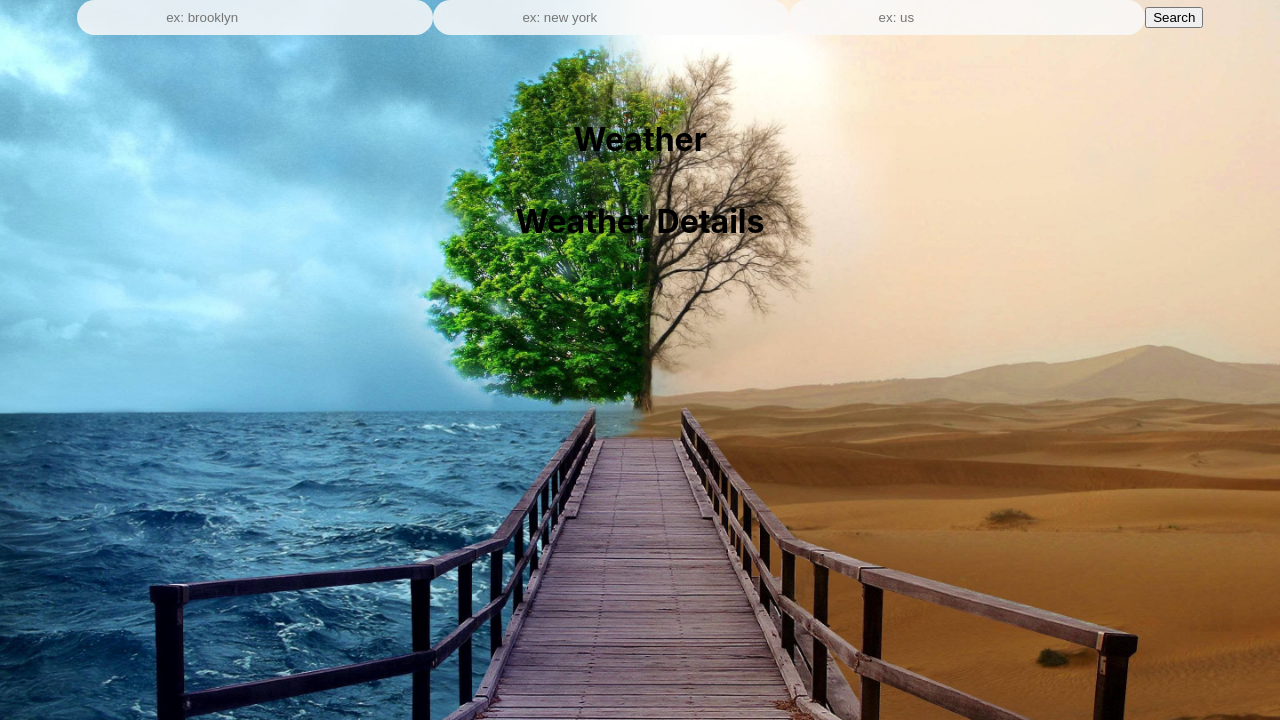
Repository: Mohsin231/Weather_App
Page: /
The author's editor kept a copy of each file at every save. The page is drawn from the files as they stood at one save, then again after the next save.
The browser window is 1280 px wide. The pictures show the whole page.
The project was rebuilt for these pictures with package versions that can differ from the ones it lists, and the page was loaded fresh each time.

Above is the page before, as saved 2021-01-25 04:17:09.

### src/App.js
import React, { useState } from 'react'
import Weather from './Components/Weather'
import WeatherDetails from './Components/WeatherDetails'
import SearchForm from './Components/SearchForm'
import { Route } from 'react-router-dom';
import './App.css';


function App() {

  const [data, setData] = useState({
    city:"",
    state:"",
    country:""
  })

  const [weatherData, setWeatherData] = useState(null);

  const [weatherDetails, setWeatherDetails] = useState(null);



  function handleChange(event) {
    setData({...data, [event.target.id]:event.target.value})
    console.log(data)

    }



  return (
    <>

    <div className="App">
      <SearchForm
      handleChange={handleChange}
      data={data}
      setData={setData}
      setWeatherData={setWeatherData}
      setWeatherDetails={setWeatherDetails}
      />

<Route path="/" exact component={() => <Weather data={data} setData={setData} weatherData={weatherData}  />} />
<Route path="/" exact component={() => <WeatherDetails data={data} setData={setData} weatherDetails={weatherDetails} />} />




    </div>
    </>

  );
}

export default App;

### src/Components/Weather.js
import React, { useState, useEffect } from "react";
import WeatherDetails from "../Components/WeatherDetails";
import '../Weather.css';


const Weather = ({ data, setData, weatherData }) => {
  const [action, setAction] = useState("");

  return (
      <div className="main">
        <h1>Weather</h1>

        {weatherData &&
        (
          <div className="city-container">

            <div className="city">
            <h2 className="city-name">
              <span>{weatherData.name}, {weatherData.sys.country}</span>
            </h2>

            <div className="city-temp">
              {Math.round(weatherData.main.temp)}
              <sup>&deg;F</sup>
            </div>

            <div className="icon">
              <img className="city-icon" src={`https://openweathermap.org/img/wn/${weatherData.weather[0].icon}@2x.png`} alt={weatherData.weather[0].description} />
              <p>{weatherData.weather[0].description}</p>
            </div>
            </div>

            <button onClick = {() => {setAction("moreDetails")}} id="moreDetails">Show more details...</button>
            </div>


)
}
      {
        action === "moreDetails"
        &&
        <WeatherDetails/>
      }
      </div>

    );
}

export default Weather;
//extracts information



// {weatherData && (
//   <div className="city"
//   <h2 className="city">
//     <span>{weatherData.name}, {weatherData.sys.country}</span>
//   </h2>

// <div className="city-temp">
//   {Math.round(weatherData.main.temp)}
//   <sup>&deg;F</sup>
// </div>

// <div className="city-icon">
// <img className="weather-icon" src={`http://openweathermap.org/img/wn/${weatherData.weather[0].icon}@2x.png`} alt={weatherData.weather[0].description} />
// <p>{weatherData.weather[0].description}</p>
// </div>

// </div>

// )}

// </div>
// </>

### src/Components/WeatherDetails.js
import React, { useState, useEffect } from "react";
import '../WeatherDetails.css';

const WeatherDetails = ({data, setData, weatherDetails }) => {

  return (
    <div className="main">
      <h1>Weather Details</h1>

      {weatherDetails &&
      (
        <div className="moreInfo">
          <h2>Feels Like: {weatherDetails.main.feels_like}</h2>
          <h2>Min: {weatherDetails.main.temp_min}, Max:{weatherDetails.main.temp_max}</h2>
          <h2>Humidity: {weatherDetails.main.humidity}</h2>
          <h2>Wind Speed: {weatherDetails.wind.speed}</h2>
          </div>

)
}

    </div>

  );
}

export default WeatherDetails;
//displays details of weather

### src/Components/SearchForm.js
import React, {useEffect} from 'react';
import '../SearchForm.css';
//search


  // Destructure props object
  function SearchForm({handleChange, data, setData, setWeatherData, setWeatherDetails }) {


    const getData = () => {

      let url = `http://api.openweathermap.org/data/2.5/weather?q=${data.city},${data.state},${data.country}&units=imperial&appid=${process.env.REACT_APP_ONEDAY}`

    fetch(url)
      .then(res => res.json())
      .then(res => {
        console.log(res)
        setWeatherData(res);
        setWeatherDetails(res)
      })
      .catch(err => {
        console.error(err);
      });}

  function handleSubmit(event) {
    event.preventDefault();
    getData();
  }

    return (
      <form onSubmit={handleSubmit} className="searchForm">
        <input
          className="search"
          id="city"
          placeholder="ex: brooklyn"
          type="text"
          name="searchString"
          required
          onChange={handleChange}
          value={data.city}
        />
        <input
        className="search"
          id="state"
          placeholder="ex: new york"
          type="text"
          name="searchString"
          required
          onChange={handleChange}
          value={data.state}
        />
        <input
        className="search"
          id="country"
          placeholder="ex: us"
          type="text"
          name="searchString"
          required
          onChange={handleChange}
          value={data.country}
        />
        <button>Search</button>
      </form>
    );
  }
  export default SearchForm;

### src/App.css
.App {
  text-align: center;

}

body {
  background: url("./images/weatherBackground.jpg");
  background-size: cover;
  background-repeat: no-repeat;
}

### src/Weather.css

.main {
    height: 100%;
    display: flex;
    justify-content: center;
    align-items: center;
    flex-direction: column;
  }

  .city {
    padding: 40px, 40px, 60px, 60px;
    border-radius: 25px;
    background: rgba(235, 230, 230, 0.85);
}

#moreDetails {
    margin-top: 100px;
}

### src/WeatherDetails.css
.more-info {
    padding: 40px, 40px, 60px, 60px;
    border-radius: 25px;
    background: rgba(235, 230, 230, 0.85);

}
.main {
    height: 100%;
    display: flex;
    justify-content: center;
    align-items: center;
    flex-direction: column;
  }

### src/SearchForm.css
.search {
    outline: none;
    padding: 10px 7%;
    border-radius: 20px;
    border: none;
    margin-bottom: 5%;
    background: rgba(250, 250, 250, 0.85);
}

Loaded but not shown: public/index.html (common file); src/index.js (common file); src/index.css (common file); src/reportWebVitals.js (common file)

After the next save:
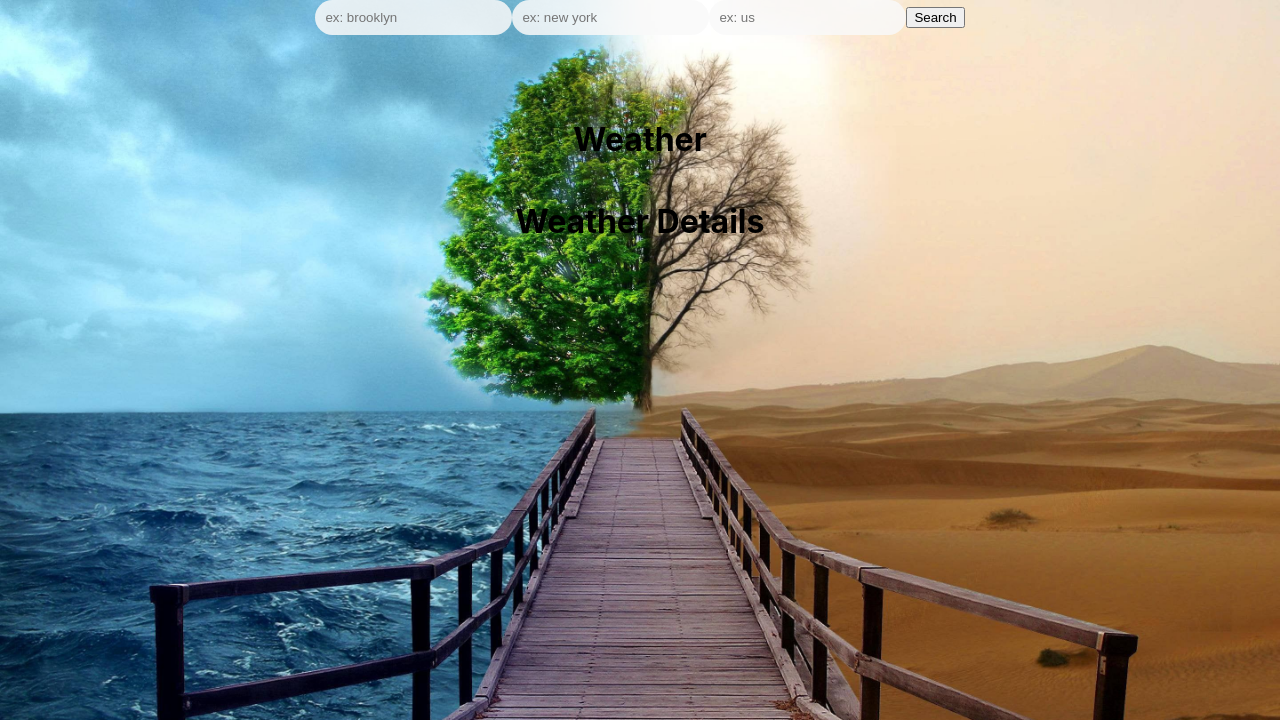
Saved 8 s later.
--- a/src/SearchForm.css
+++ b/src/SearchForm.css
@@ -1,6 +1,6 @@
 .search {
     outline: none;
-    padding: 10px 7%;
+    padding: 10px;
     border-radius: 20px;
     border: none;
     margin-bottom: 5%;
